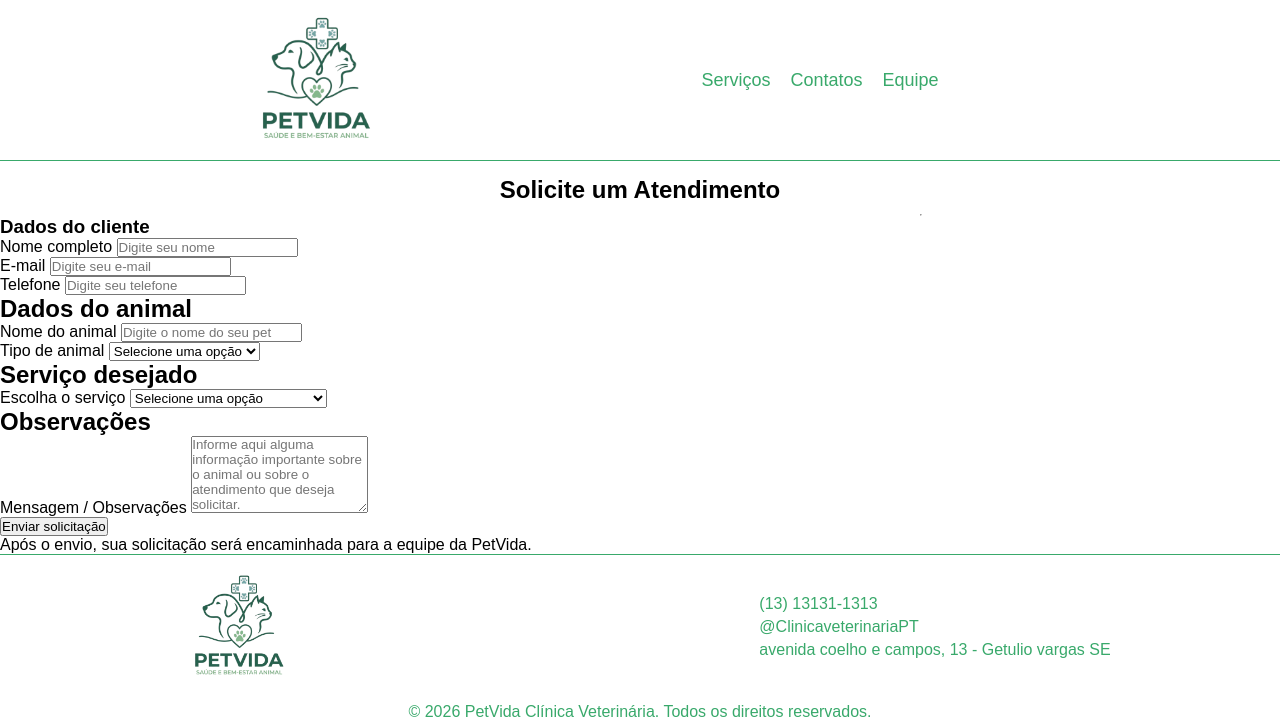
Repository: antonymsantana-design/Veterinario
Page: contatos.html
These files come from the project's save history. The page is drawn as it stood at one moment and after a run of saves; the edit follows.
The browser window is 1280 px wide. The pictures show the whole page.

Above is the page before, as saved 2026-10-03 18:52:02.

### contatos.html
<!doctype html>
<html lang="pt-br">
  <head>
    <meta charset="UTF-8" />
    <meta name="viewport" content="width=device-width, initial-scale=1.0" />
    <title>Cebola Hair</title>
    <link rel="stylesheet" href="style.css" />
    <script src="script3.js" defer></script>
  </head>
  <header>
    <div class="conteudoH" id="conteudoH">
      <div class="imagem" id="imagem">
        <img src="image/logo.png" alt="logo" class="logoIMG" id="logoIMG" />
      </div>
      <div class="direitaH">
        <div class="links" id="links">
          <a href="serviços.html" class="aLinks" id="servA">Serviços</a>
          <a href="CONTATOS.HTML" class="aLinks" id="contatosA">Contatos</a>
          <a href="Team.html" class="aLinks" id="contatosA">Equipe</a>
        </div>
      </div>
    </div>
  </header>

  <body>
    <h2 class="Our" id="servicosT">Solicite um Atendimento</h2>
    <hr />


    <form
      action="https://formsubmit.co/antony.m.santana@aluno.senai.br"
      method="POST"
    >
      <input type="hidden" name="_subject" value="Nova solicitação - PetVida" />
      <input type="hidden" name="_template" value="table" />



      <h3>Dados do cliente</h3>

      <div class="campo">
        <label for="nome">Nome completo</label>
        <input
          type="text"
          name="nome"
          id="nome"
          placeholder="Digite seu nome"
          required
        />
      </div>

      <div class="campo">
        <label for="email">E-mail</label>
        <input
          type="email"
          name="email"
          id="email"
          placeholder="Digite seu e-mail"
          required
        />
      </div>

      <div class="campo">
        <label for="telefone">Telefone</label>
        <input
          type="tel"
          name="telefone"
          id="telefone"
          placeholder="Digite seu telefone"
          required
        />
      </div>



      <h2>Dados do animal</h2>

      <div class="campo">
        <label for="animal">Nome do animal</label>
        <input
          type="text"
          name="animal"
          id="animal"
          placeholder="Digite o nome do seu pet"
          required
        />
      </div>

      <div class="campo">
        <label for="tipo">Tipo de animal</label>

        <select name="tipo_animal" id="tipo" required>
          <option value="">Selecione uma opção</option>
          <option value="Cachorro">Cachorro</option>
          <option value="Gato">Gato</option>
          <option value="Outro">Outro</option>
        </select>
      </div>



      <h2>Serviço desejado</h2>

      <div class="campo">
        <label for="servico">Escolha o serviço</label>

        <select name="servico" id="servico" required>
          <option value="">Selecione uma opção</option>
          <option value="Consulta veterinária">Consulta veterinária</option>
          <option value="Vacinação">Vacinação</option>
          <option value="Banho e tosa">Banho e tosa</option>
          <option value="Exames laboratoriais">Exames laboratoriais</option>
          <option value="Atendimento de emergência">
            Atendimento de emergência
          </option>
          <option value="Acompanhamento veterinário">
            Acompanhamento veterinário
          </option>
        </select>
      </div>



      <h2>Observações</h2>

      <div class="campo">
        <label for="mensagem">Mensagem / Observações</label>

        <textarea
          name="mensagem"
          id="mensagem"
          rows="5"
          placeholder="Informe aqui alguma informação importante sobre o animal ou sobre o atendimento que deseja solicitar."
        ></textarea>
      </div>



      <input
        type="hidden"
        name="_next"
        value="http://127.0.0.1:5500/sucsses.html"
      />



      <button type="submit" class="buto">Enviar solicitação</button>

      <p class="texto-form">
        Após o envio, sua solicitação será encaminhada para a equipe da PetVida.
      </p>
    </form>

  </body>
  <footer id="footer">
    <div class="cimaF">
      <div class="direita">
        <img src="image/logo.png" alt="logo" class="logoIMGF" id="logoIMG" />
      </div>

      <div class="esquerda">
        <p>(13) 13131-1313</p>
        <p>@ClinicaveterinariaPT</p>
        <p>avenida coelho e campos, 13 - Getulio vargas SE</p>
      </div>
    </div>
    <div class="baixoF">
      <p>© 2026 PetVida Clínica Veterinária. Todos os direitos reservados.</p>
    </div>
  </footer>
</html>

### style.css
* {
    padding: 0px;
    margin: 0px;
    font-family: Arial, Helvetica, sans-serif;
}

header {
    background-color: #FFFFFF;
    height: 160px;
    display: flex;
    justify-content: center;
    align-items: center;
    border-bottom: 1px solid #39A96B;
}

.conteudoH {
    display: flex;
    justify-content: center;
    align-items: center;
    gap: 300px;
}

.imagem {
    margin-left: 20px;
    margin-top: 5px;
    display: flex;
    justify-content: center;
    align-items: center;
    gap: 30px;
    font-weight: 600;
    font-size: 22px;
}

.logoIMG {
    width: 170px;
    margin-bottom: 10px;
    cursor: pointer;
}

.logoH {
    color: white;

}

.links {
    display: flex;
    gap: 20px;
    justify-content: center;
    padding-right: 130px;
    font-size: 18px;
}

.links a {
    text-decoration: none;
    color: #39A96B;
    transition: 0.5s ease;
}

.aLinks:hover {
    transform: translateY(-5px);
    box-shadow: 0 4px 10px rgba(0, 0, 0, 0.15);
    background-color: #39A96B;
    color: #F5F5F5;
    border-radius: 5px;
    width: 120px;
    height: 30px;
    display: flex;
    justify-content: center;
    align-items: center;
}

.btnDiv {
    display: flex;
}

.btn {
    display: flex;
    justify-content: center;
    width: 140px;
    height: 50px;
    background-color: #22C55E;
    border: none;
    color: white;
    align-items: center;
    border-radius: 8px;
    transition: 0.3s ease;
    cursor: pointer;
    font-size: 14px;
}

.btn:hover {
    transform: translateY(-5px);
    box-shadow: 0 8px 15px rgba(0, 0, 0, 0.4);
}

.direitaH {
    display: flex;
    justify-content: center;
    align-items: center;
}

.conteudo {
    background-image: url(image/Cuidando\ de\ Quem\ Amamos.png);
    background-repeat: no-repeat;
    background-size: cover;
    background-position: center;
    height: 80vh;
    color: white;
}

.card {
    background-color: #FDEEC7;
    width: 270px;
    height: 220px;
    display: flex;
    flex-direction: column;
    justify-content: center;
    align-items: center;
    border-radius: 5px;
}

.cards {
    display: flex;
    justify-content: center;
    gap: 40px;
    padding-top: 20px;
    padding-bottom: 20px;
}

.card h4 {
    color: #22C55E;
}

.icone {
    width: 120px;
    height: 120px;
    padding-bottom: 10px;
}

.Our {
    padding-top: 15px;
    text-align: center;
    padding-bottom: 10px;
}

hr {
    color: #22C55E;
    text-align: center;
    margin-left: 920px;
    margin-right: 920px;
}

.agendar {
    display: flex;
    justify-content: space-around;
    align-items: center;
    padding-bottom: 20px;
}

.form {
    background-color: #ECF2F7;
    width: 600px;
    height: 300px;
    border-radius: 7px;
    display: flex;
    justify-content: center;
    flex-direction: column;
}

.formCima {
    padding-top: 20px;
    display: flex;
    justify-content: center;
    align-items: center;
    flex-direction: column;
}

.quadrado {
    display: grid;
    justify-content: center;
    grid-template-columns: repeat(2, 200px);
    gap: 30px;
    column-gap: 70px;
    margin-right: 40px;
}

.esq {
    font-size: 25px;
}

footer {
    display: flex;
    justify-content: center;
    align-items: center;
    flex-direction: column;
    background-color: #FFFFFF;
    color: #39A96B;
    border-top: 1px solid #39A96B;
}

.AbH2 {
    padding-left: 20px;
    padding-right: 20px;
    padding-bottom: 10px;
    padding-top: 10px;
    text-align: center;
}

.AbH3 {
    padding-left: 20px;
    padding-right: 20px;
    padding-bottom: 10px;
    padding-top: 10px;
    text-align: center;
    margin-left: 425px;
    margin-right: 425px;
}

.topc {
    display: flex;
    justify-content: center;
    align-items: center;
    flex-direction: column;
    text-align: center;
    max-width: 350px;
}

.topics {
    display: flex;
    justify-content: center;
    gap: 100px;
    padding-bottom: 25px;
}

.topcIMG {
    width: 290px;
    height: 260px;
    border-radius: 25px;
    cursor: pointer;
    padding-bottom: 10px;
    padding-top: 10px;
}

.topcH {
    padding-bottom: 10px;
}

.cimaF {
    display: flex;
    justify-content: center;
    gap: 450px;
    align-items: center;
    margin-bottom: 4px;
}

.logoIMGF {
    width: 140px;
    cursor: pointer;
}

.esquerda {
    display: flex;
    flex-direction: column;
    gap: 5px;
}

.formu {
    width: 240px;
    height: 30px;
    border-radius: 5px;
    border: none;
}

.forms {
    width: 500px;
    height: 30px;
    border-radius: 5px;
    border: none;
}

.agendarbtn {
    display: flex;
    justify-content: center;
    align-items: center;
    width: 512px;
    height: 40px;
    background-color: #22C55E;
    border: none;
    color: white;
    border-radius: 8px;
    transition: 0.3s ease;
    cursor: pointer;
    margin-top: 15px;
}

.agendarbtn:hover {
    transform: translateY(-5px);
}

.btnAgendar {
    display: flex;
    justify-content: center;
    align-items: center;
}

/*pagina de serviços*/

.primeiro{
    background-color: #F0F9F4;
    width: 300px;
    padding-bottom: 13px;
    margin-left: 20px;
    text-align: center;
    padding-top: 13px;
    flex-wrap: wrap;
    border-radius: 15px;
}

.cards{
    display: grid;
    justify-content: center;
    grid-template-columns: repeat(3, 400px);
    gap: 50px;
    padding-bottom: 15px;

}
.cards .primeiro img{
    width: 250px;
    height: 250px;
    border-radius: 15px;
}
h1{
    text-align: center;
    margin-top: 20px;
    margin-bottom: 20px;
}
.texto{

    color: #3C2415;
}
.preco{
    color: #e4c8a4;
}


/* celular */

@media (max-width: 768px) {

    /* header */
    header {
        height: auto;
        padding: 10px 0;
    }

    .conteudoH {
        flex-direction: column;
        padding-right: 0;
        gap: 15px;
    }

    .imagem {
        margin-left: 0;
        margin-top: 0;
        gap: 10px;
    }

    .logoIMG {
        width: 80px;
        height: 80px;
    }

    .logoH {
        font-size: 20px;
    }

    .direitaH {
        flex-direction: column;
        gap: 15px;
    }

    .links {
        padding-right: 0;
        font-size: 16px;
    }


    .conteudo {
        height: 400px;
    }

    .texto {
        padding-left: 25px;
        padding-right: 25px;
        height: 400px;
        font-size: 25px;
    }

    .texto small {
        font-size: 14px;
    }


    .Our {
        font-size: 25px;
    }

    hr {
        margin-left: 30%;
        margin-right: 30%;
    }

    .cards {
        flex-direction: column;
        align-items: center;
        gap: 20px;
    }

    .card {
        width: 80%;
        max-width: 270px;
    }


    .agendar {
        flex-direction: column;
        gap: 30px;
        padding: 30px 20px;
    }

    .esq {
        font-size: 18px;
        text-align: center;
    }

    .esq h1 {
        font-size: 28px;
    }

    .esq p {
        font-size: 15px;
    }

    .form {
        width: 100%;
        max-width: 600px;
        height: auto;
        padding: 20px 0;
    }

    .forms {
        width: 80%;
    }

    .quadrado {
        grid-template-columns: 1fr;
        gap: 15px;
        margin-right: 0;
    }

    .formu {
        width: 80%;
    }

    .quadrado>div {
        width: 100%;
        text-align: center;
    }

    .quadrado label {
        display: block;
        margin-bottom: 5px;
    }

    .agendarbtn {
        width: 80%;
    }


    footer {
        flex-direction: column;
        gap: 20px;
        padding: 20px;
        text-align: center;
    }

    .esquerda {
        align-items: center;
    }
}

Loaded but not shown: script3.js (no stored copy; drawn as an empty file)

After the next 2 saves:
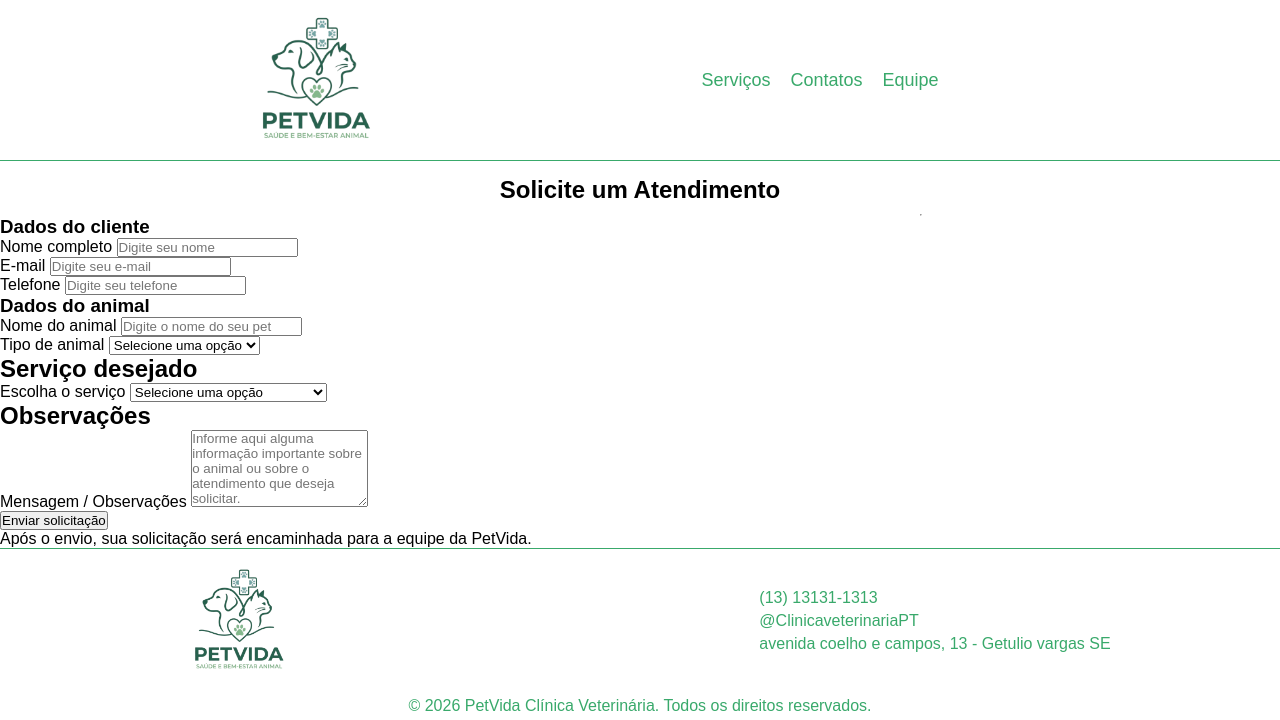
The 2 saves are shown as one change because they came seconds apart.
The last was saved 17 s later.
--- a/contatos.html
+++ b/contatos.html
@@ -73,7 +73,7 @@
 
 
 
-      <h2>Dados do animal</h2>
+      <h3>Dados do animal</h3>
 
       <div class="campo">
         <label for="animal">Nome do animal</label>
